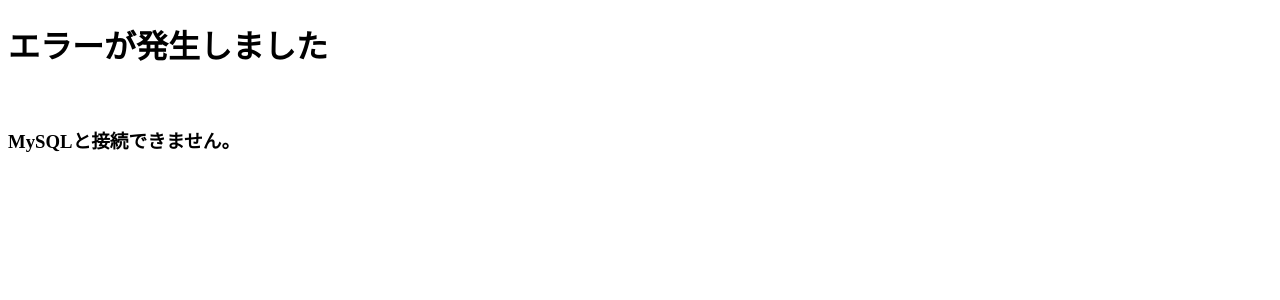
Repository: gjp373/test
Page: http://localhost/WebProj2/helloStrutsError.jsp
The author's editor kept a copy of each file at every save. The page is drawn from the files as they stood at one save, then again after the next save.
The browser window is 1280 px wide. The pictures show the whole page.
The page is served by Tomcat 9. Other server files are loaded and not shown.

Above is the page before, as saved 2018-03-16 07:02:32.

### WebProj2/WebContent/helloStrutsError.jsp
<%@ page language="java" contentType="text/html; charset=UTF-8"
    pageEncoding="UTF-8"%>

<!DOCTYPE html>
<html>
<head>
<meta charset="UTF-8">
<title>HelloStrutsError</title>
</head>

<body>


  <h1>エラーが発生しました</h1>
  <br>
  <h3>MySQLと接続できません。</h3>







</body>
</html>

After the next save:
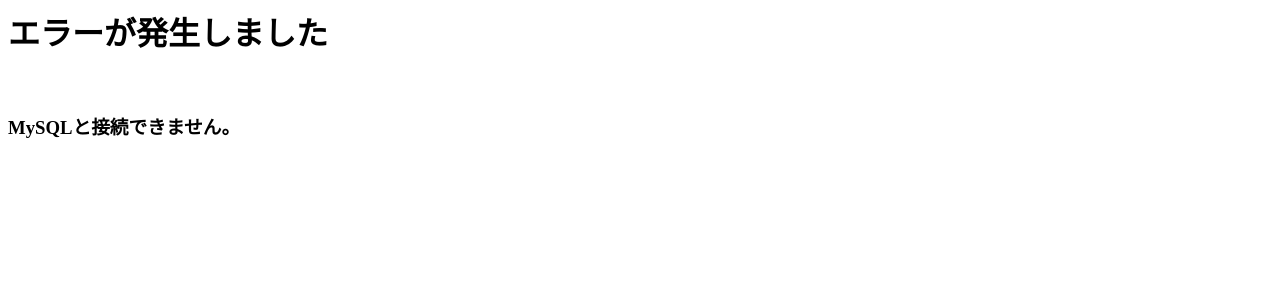
Saved 4 min 4 s later.
--- a/WebProj2/WebContent/helloStrutsError.jsp
+++ b/WebProj2/WebContent/helloStrutsError.jsp
@@ -1,7 +1,7 @@
 <%@ page language="java" contentType="text/html; charset=UTF-8"
     pageEncoding="UTF-8"%>
 
-<!DOCTYPE html>
+<!DOCTYPE>
 <html>
 <head>
 <meta charset="UTF-8">
